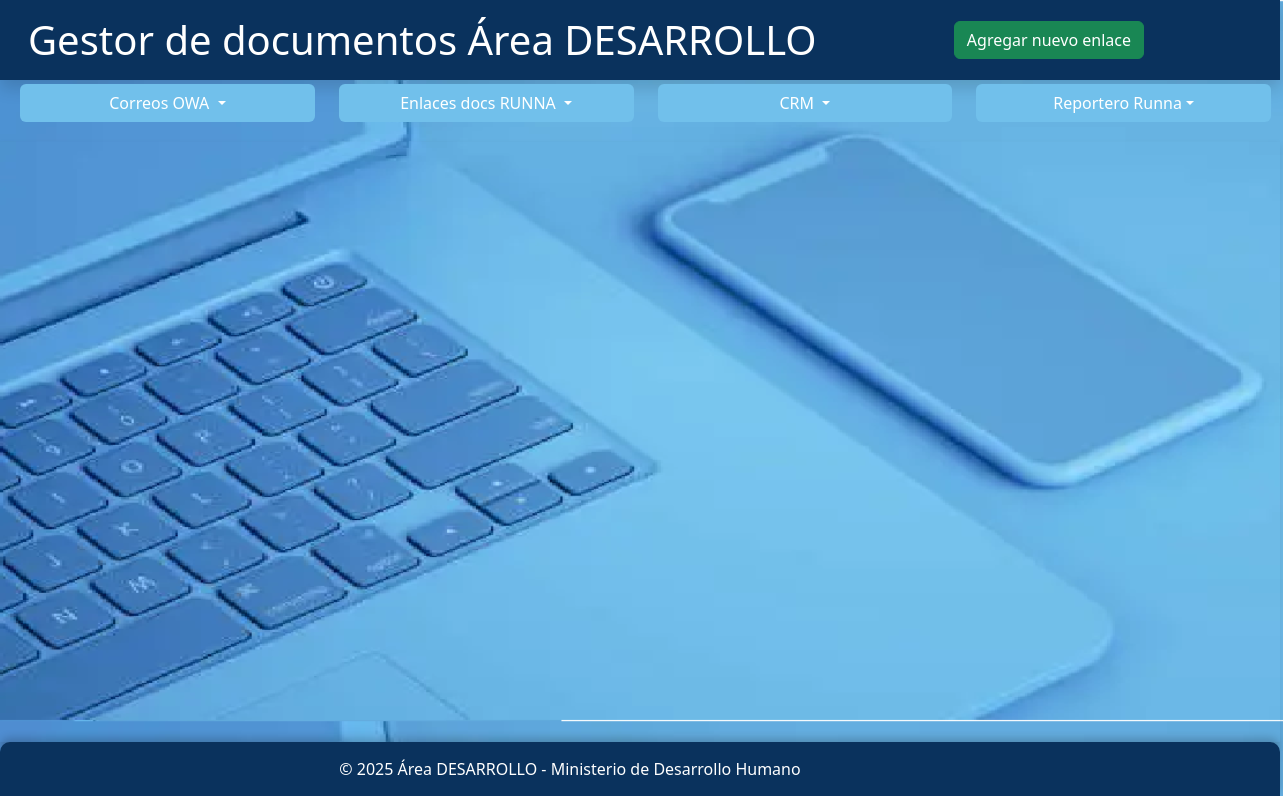
Repository: cosmariana/gestorDoc
Page: index.html
An editor plug-in stored every save of this project. The page is shown before and after the next save, followed by the edit.
The browser window is 1280 px wide. The page is 1283 px wide, so the pictures cover 1283 px, including what lies to the right of the window. The pictures show the whole page.
Backgrounds fixed to the window are drawn as part of the page.

Above is the page before, as saved 2025-03-22 07:35:04.

After the next save:
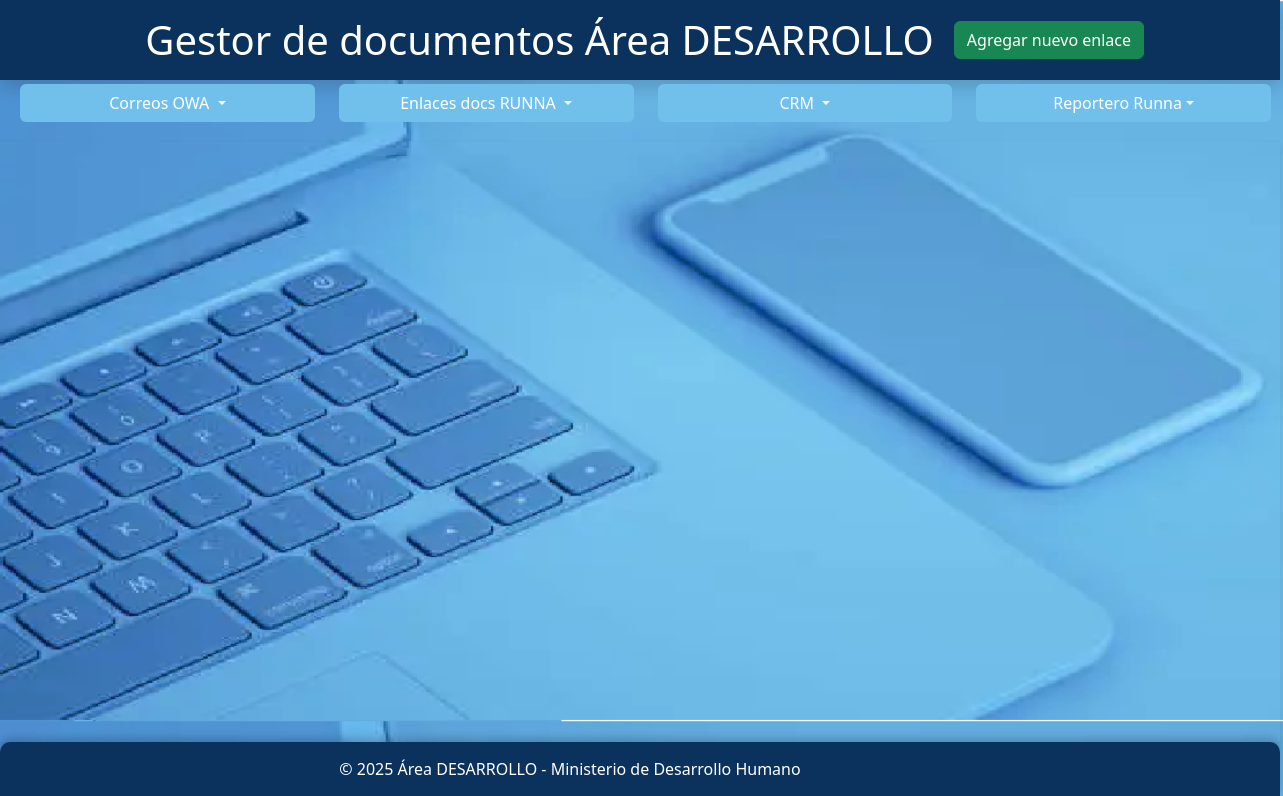
Saved 70 min 53 s later.
--- a/index.html
+++ b/index.html
@@ -11,9 +11,9 @@
 <body>
     <!-- Encabezado con título y botón -->
     <header class="text-white p-3 shadow">
-        <div class="container d-flex justify-content-between align-items-center">
+        <div class="container" style="display: flex; align-items: center; justify-content: flex-end;">
             <h1 class="m-0">Gestor de documentos Área DESARROLLO</h1>
-            <button  class="btn btn-success" onclick="showAddLinkModal()">Agregar nuevo enlace</button>
+            <button class="btn btn-success" onclick="showAddLinkModal()" style="margin-left: 20px;">Agregar nuevo enlace</button>
         </div>
     </header>
 
